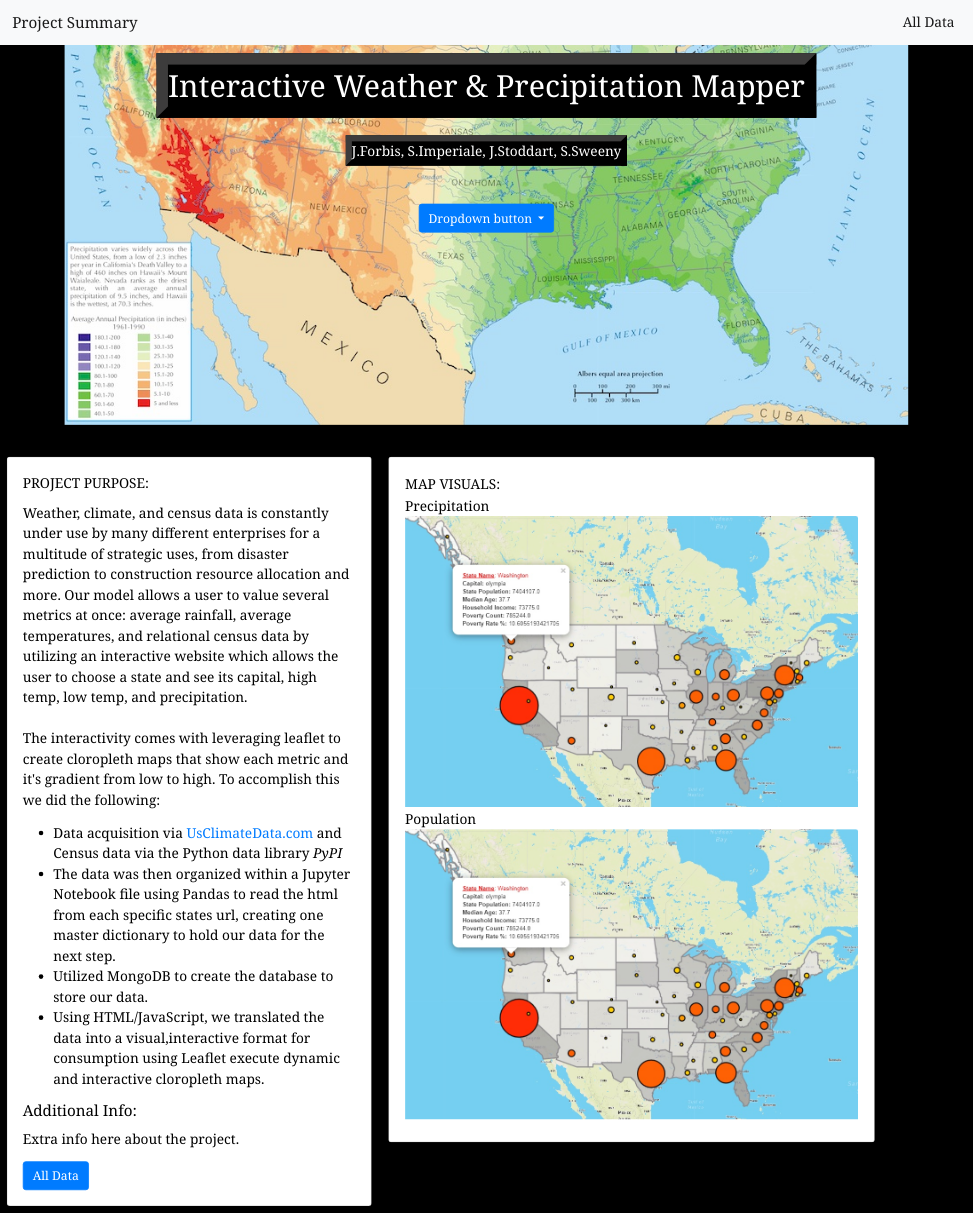
Repository: jforbis/project3-weathermap
Page: http://localhost/
These files come from the project's save history. The page is drawn as it stood at one moment and after the next save; the edit follows.
The browser window is 1280 px wide. The pictures show the whole page, at 76% of full size.
Backgrounds fixed to the window are drawn as part of the page. The page is served by the project's application, run on Flask 3 (app.py).

Above is the page before, as saved 2021-03-16 01:40:10.

After the next save:
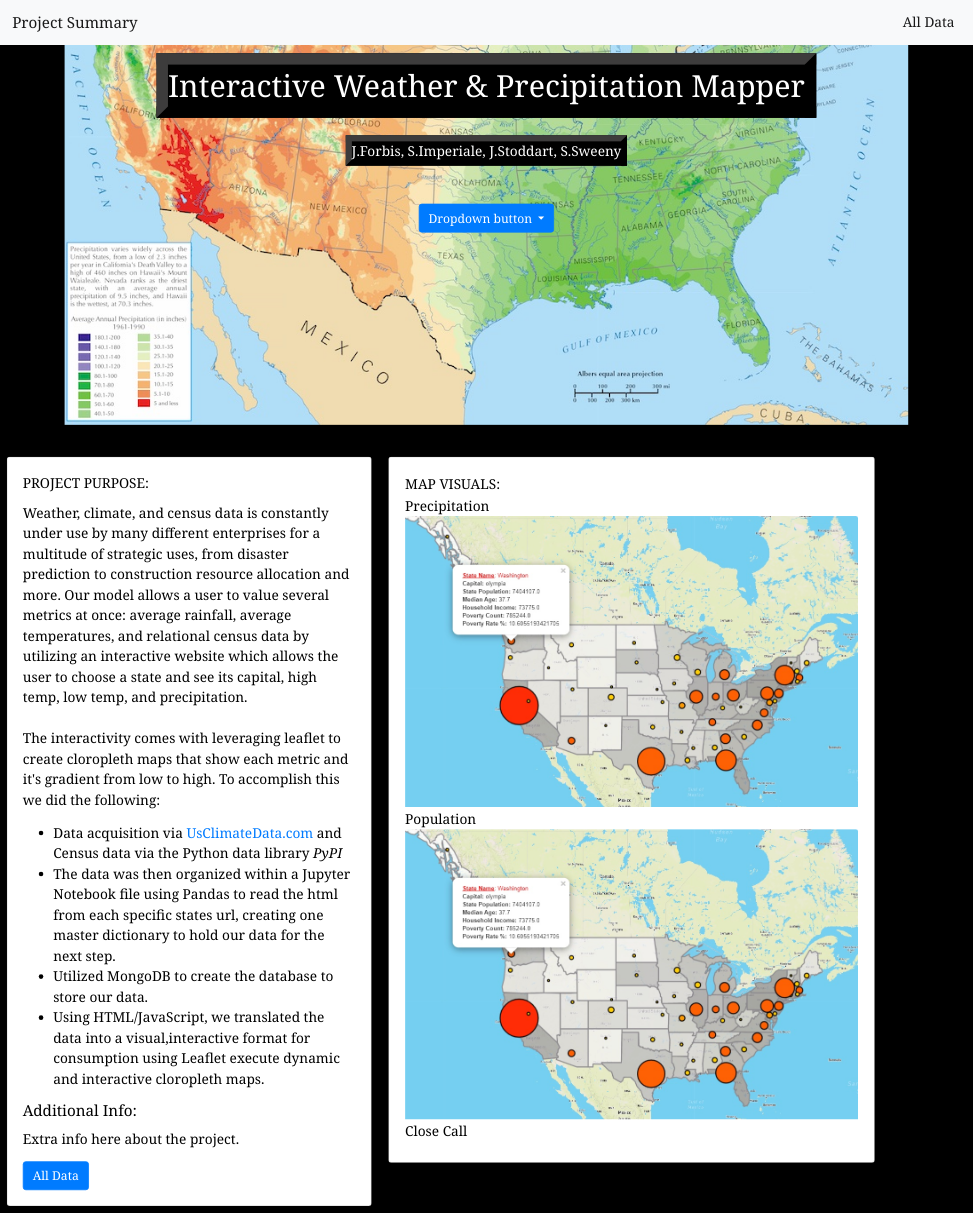
Saved 22 s later.
--- a/templates/index.html
+++ b/templates/index.html
@@ -130,7 +130,7 @@ z-index: 1071;">
                                             </a>
                                         </td>
                                     </tr>
-                                    <tr><td> </td></tr>
+                                    <tr><td>Close Call </td></tr>
                                     <tr><td></td></tr>
                                     <tr><td></td></tr>
                                     <tr><td></td></tr>
